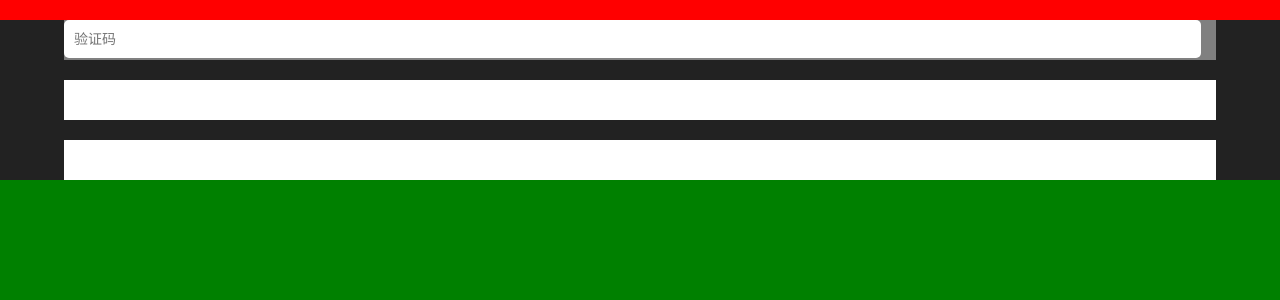
Repository: wangxinjun08231116/Html5Views
Page: WangXinJun/WebContent/htmls/QCF/ZhuCe.html
An editor plug-in stored every save of this project. The page is shown before and after the next save, followed by the edit.
The browser window is 1280 px wide. The pictures show the whole page.

Above is the page before, as saved 2015-01-22 02:53:48.

### WangXinJun/WebContent/htmls/QCF/ZhuCe.html
<!DOCTYPE HTML>
<html>
<head>
<meta http-equiv="Content-Type" content="text/html; charset=utf-8">
<title>test</title>
 <link href="/WangXinJun/css/QCF/ZhuCe.css" rel="stylesheet" type="text/css"/>
 <style type="text/css">
	.topmargin {
		margin-top: 0px;
	}
</style>

</head>


<body>
<!-- div 默认有高度为0 ，body是有最小高度的 ， html 是整个页面的高度 -->
<div class="page" >
	  <div class="phoneNumber" >
       <input id="verifyCode" class="text-box ipt-style bg-white width100 padding-rl-10 margin-r6" type="tel" maxlength="4" placeholder="验证码" data-value="验证码" onkeyup="checkfade2(this)">
	  </div>

	   <div class="yanZhengNumber" >

	  </div>

	  <div class="passwordNumber" >

	  </div>


<!--

      <div class="phoneNumber" >

	  </div>
	  <div class="yanZhengNumber" >

	  </div>

  -->

</div>

</body>
</html>

### WangXinJun/WebContent/css/QCF/ZhuCe.css
* {margin:0;padding:0;}
html{
	background-color:green;
}

body {
    background-color: #f0f0f0;
    font-size: 12px;
   	width:100%;
	background-color:red;
	/*内边距20  */
	padding-top:20px;


}

.page {
	width:100%;
    background-color: #222;
    color: #333;
    font-family: "Microsoft Yahei","Simsun",Helvetica,Arial,sans-serif;
}
.phoneNumber{
	height:40px;
	width:90%;
    background-color:gray;
    /*不可设置，margin:20px auto;不然body会下来。
      第一行设置有问题。
     */
	margin:0px auto;
    /* 上下外边距20px,左右自动适应，居中。 */
}

.yanZhengNumber{
	height:40px;
	width:90%;
    background-color:white;
    /* 上下外边距20px,左右自动适应，居中。 */
	margin:20px auto;
}

.passwordNumber{
	height:40px;
	width:90%;
    background-color:white;
    /* 上下外边距20px,左右自动适应，居中。 */
	margin:20px auto;
}


.text-box {
    border: 1px solid #dedede;
    border-radius: 5px;
    height: 40px;
}
.ipt-style {
    border: medium none;
    color: #999;
    font-size: 14px;
    height: 38px;
}
.padding-rl-10 {
    padding: 0 10px;
}
.margin-r6 {
    margin-right: 6px;
}
.bg-white {
    background-color: #fff;
}
.width100 {
    width: 97%;
}
input, button, select, textarea {
    outline: medium none;
}

After the next save:
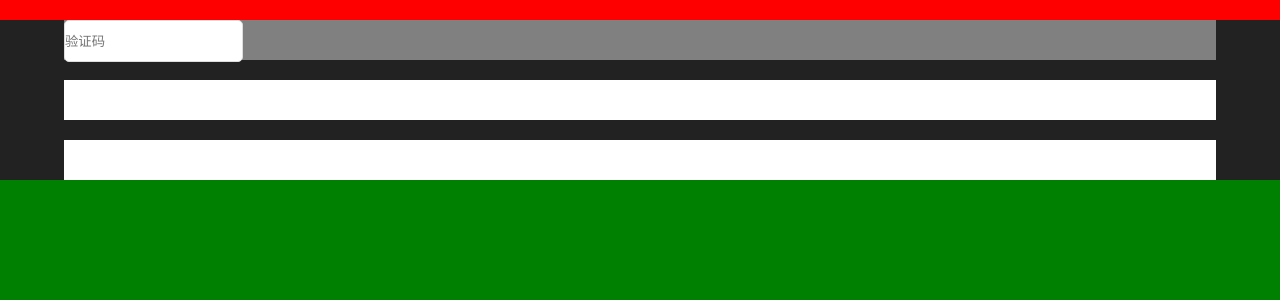
Saved 3 min 56 s later.
--- a/WangXinJun/WebContent/htmls/QCF/ZhuCe.html
+++ b/WangXinJun/WebContent/htmls/QCF/ZhuCe.html
@@ -17,7 +17,7 @@
 <!-- div 默认有高度为0 ，body是有最小高度的 ， html 是整个页面的高度 -->
 <div class="page" >
 	  <div class="phoneNumber" >
-       <input id="verifyCode" class="text-box ipt-style bg-white width100 padding-rl-10 margin-r6" type="tel" maxlength="4" placeholder="验证码" data-value="验证码" onkeyup="checkfade2(this)">
+       <input id="verifyCode" class="text-box" type="tel" maxlength="4" placeholder="验证码" data-value="验证码" onkeyup="checkfade2(this)">
 	  </div>
 
 	   <div class="yanZhengNumber" >

After the save that followed:
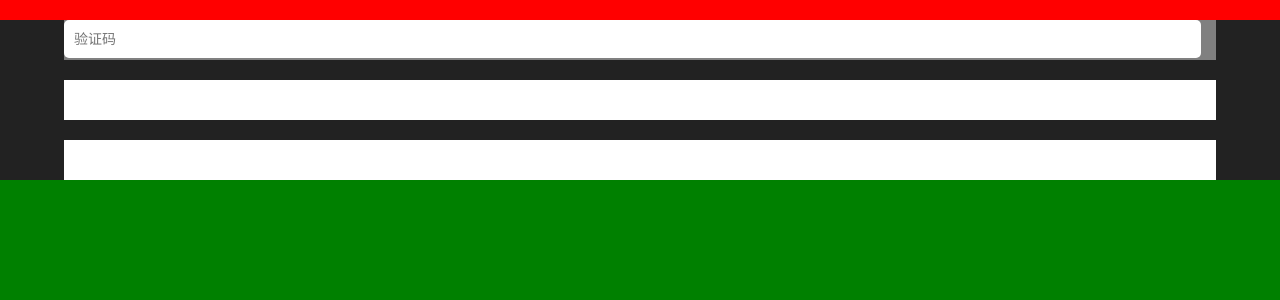
Saved 5 s later.
--- a/WangXinJun/WebContent/css/QCF/ZhuCe.css
+++ b/WangXinJun/WebContent/css/QCF/ZhuCe.css
@@ -52,25 +52,11 @@ body {
     border: 1px solid #dedede;
     border-radius: 5px;
     height: 40px;
-}
-.ipt-style {
     border: medium none;
     color: #999;
+    background-color: #fff;
     font-size: 14px;
     height: 38px;
-}
-.padding-rl-10 {
     padding: 0 10px;
-}
-.margin-r6 {
-    margin-right: 6px;
-}
-.bg-white {
-    background-color: #fff;
-}
-.width100 {
     width: 97%;
 }
-input, button, select, textarea {
-    outline: medium none;
-}
